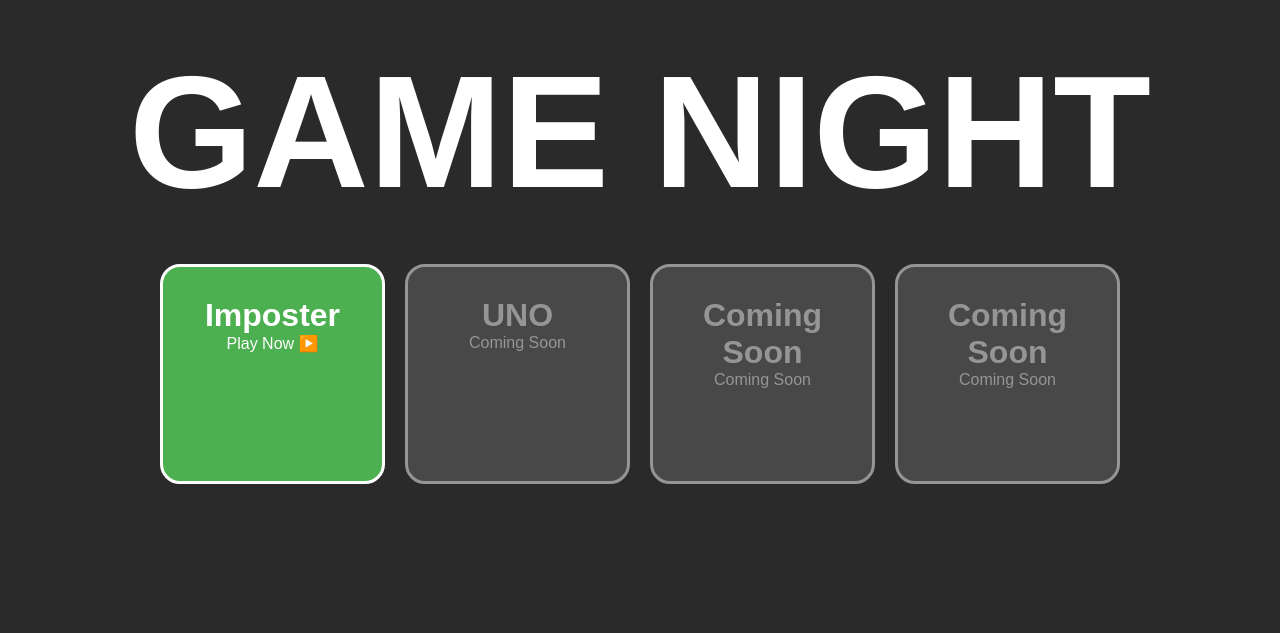
Repository: nfemmanuel/game-night-app
Page: /
These files come from the project's save history. The page is drawn as it stood at one moment and after the next save; the edit follows.
The browser window is 1280 px wide. The pictures show the whole page.
The project was rebuilt for these pictures with package versions that can differ from the ones it lists, and the page was loaded fresh each time.

Above is the page before, as saved 2025-12-31 16:33:01.

### src/App.js
import './styles/global.css';
import GameCard from './components/GameCard';

function App() {
  const handleClick = (gameName) => {
    alert(`Getting ready to play ${gameName}!`);
  };

  return (
    <div style={{ padding: '40px', textAlign: 'center' }}>
      <h1 style={{ fontSize: '10rem' }}>GAME NIGHT</h1>

      <div style={{
        display: 'flex',
        gap: '20px',
        justifyContent: 'center',
        marginTop: '40px',
        flexWrap: 'wrap'
      }}>
        <GameCard
          name="Imposter"
          available={true}
          onClick={() => handleClick("Imposter")}
        />
        <GameCard
          name="UNO"
          available={false}
          onClick={() => handleClick("UNO")}
        />
        <GameCard
          name="Coming Soon"
          available={false}
          onClick={() => { }}
        />
        <GameCard
          name="Coming Soon"
          available={false}
          onClick={() => { }}
        />
      </div>
    </div>
  );
}

export default App;

### src/styles/global.css
* {
    margin: 0;
    padding: 0;
    box-sizing: border-box;
}

body {
    font-family: 'Helvetica ', 'Arial', sans-serif;
    background-color: rgb(42, 42, 42);
    color: white;
    overflow: hidden;
}

button {
    cursor: pointer;
    border: none;
    border-radius: 5px;
    font-family: inherit;
    font-size: 1rem;
    padding: 10px 20px;
}

### src/components/GameCard.jsx
import styles from './GameCard.module.css';

function GameCard({ name, available, onClick }) {
    // Combine card + available/disabled classes
    const cardClasses = `${styles.card} ${available ? styles.available : styles.disabled}`;

    return (
        <div
            className={cardClasses}
            onClick={available ? onClick : null}
        >
            <h1>{name}</h1>
            <p>{available ? 'Play Now ▶️' : 'Coming Soon'}</p>
        </div>
    );
}

export default GameCard;

### src/components/GameCard.module.css
.card {
    width: 225px;
    height: 220px;
    padding: 30px;
    border-radius: 20px;
    border: 3px solid white;
    text-align: center;
    transition: all 0.3s ease;
}

.available {
    background-color: #4CAF50;
    color: white;
    cursor: pointer;
}

.available:hover {
    transform: scale(1.05);
    box-shadow: 0 0 20px rgba(76, 175, 80, 0.6);
}

.disabled {
    background-color: #666;
    color: white;
    cursor: not-allowed;
    opacity: 0.5;
}

Loaded but not shown: public/index.html (common file); src/index.js (common file); src/index.css (common file); src/reportWebVitals.js (common file)

After the next save:
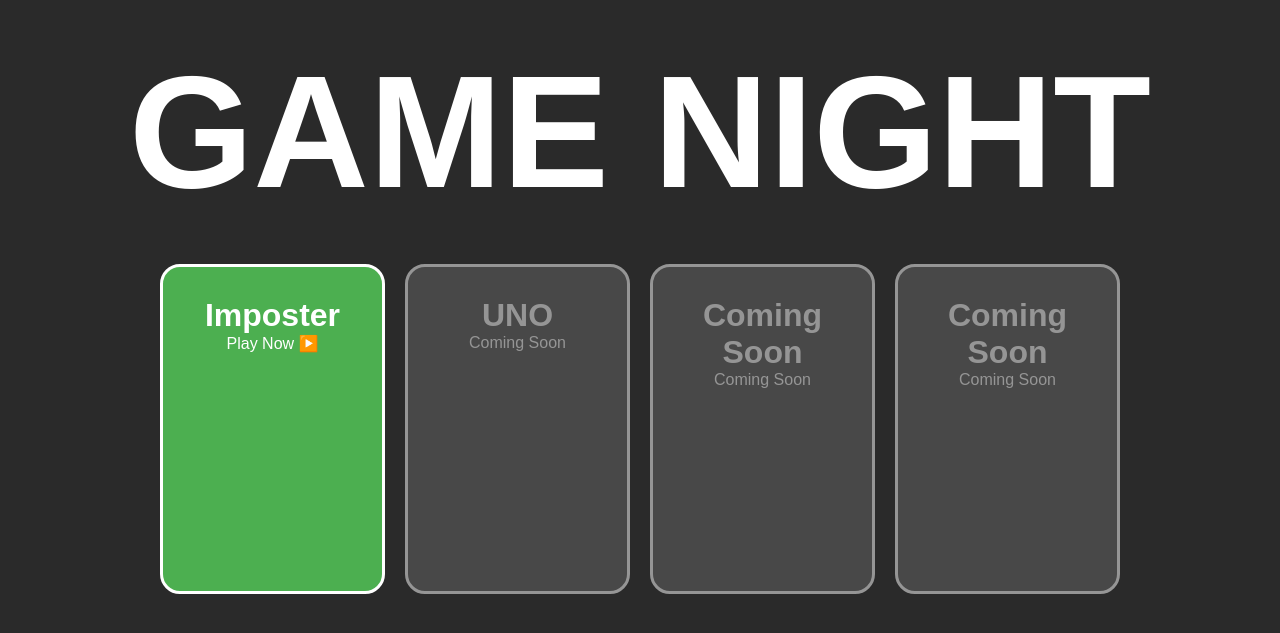
Saved 8 s later.
--- a/src/components/GameCard.module.css
+++ b/src/components/GameCard.module.css
@@ -1,6 +1,6 @@
 .card {
     width: 225px;
-    height: 220px;
+    height: 330px;
     padding: 30px;
     border-radius: 20px;
     border: 3px solid white;
